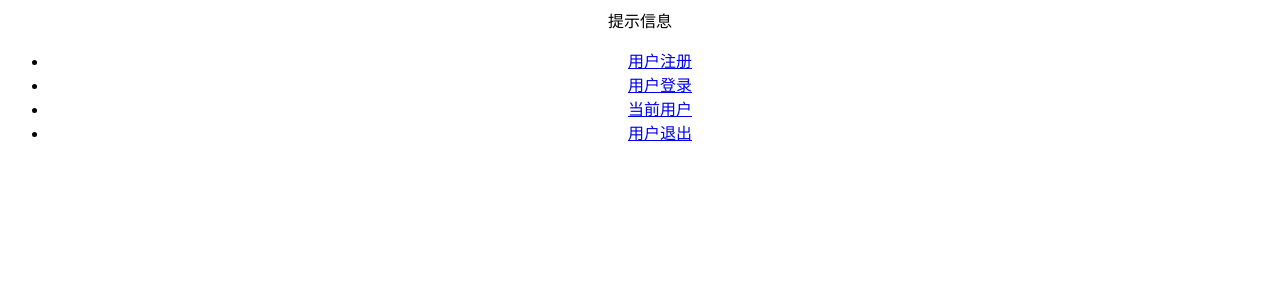
Repository: Daoshun/WorkSpace
Page: http://localhost/LoginUserAAA/delete.jsp
An editor plug-in stored every save of this project. The page is shown before and after the next save, followed by the edit.
The browser window is 1280 px wide. The pictures show the whole page.
The page is served by Tomcat 9. Other server files are loaded and not shown.

Above is the page before, as saved 2019-08-09 00:06:28.

### LoginUserAAA/WebContent/delete.jsp
<%@ page language="java" contentType="text/html" pageEncoding="GBK"%>
<%@ page import="com.user.User" %>
<!DOCTYPE HTML PUBLIC "-//W3C//DTD HTML 4.01 Transitional//EN">
<html>
<head>
<title>删除用户信息</title>
</head>
<body>
<body>
	<div align="center">
		<div class="div1">
			<div class="top">提示信息</div>
			<div class="bottom">
				<div class="div2">
					<ul>
						<li><a href="reg.jsp">用户注册</a></li>
						<li><a href="login.jsp">用户登录</a></li>
						<li><a href="message.jsp">当前用户</a></li>
						<li><a href="ExitServlet">用户退出</a></li>
					</ul>
				</div>

			</div>
		</div>
	</div>
</body>
</html>

After the next save:
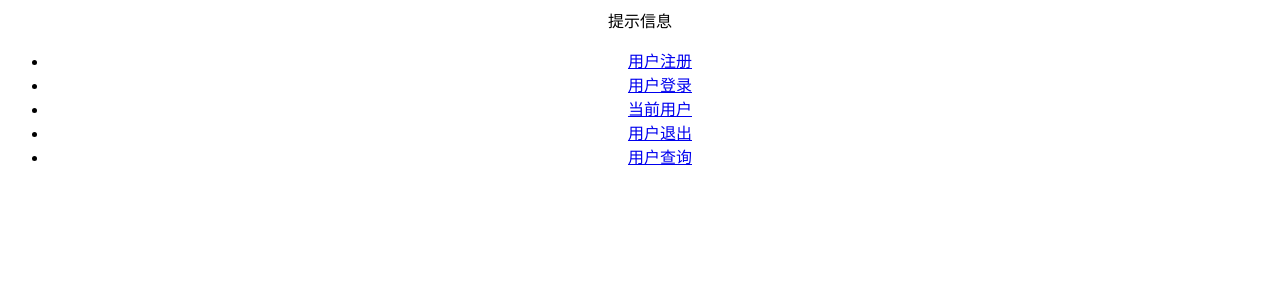
Saved 1 s later.
--- a/LoginUserAAA/WebContent/delete.jsp
+++ b/LoginUserAAA/WebContent/delete.jsp
@@ -17,6 +17,7 @@
 						<li><a href="login.jsp">用户登录</a></li>
 						<li><a href="message.jsp">当前用户</a></li>
 						<li><a href="ExitServlet">用户退出</a></li>
+						<li><a href="QueryServlet">用户查询</a></li>
 					</ul>
 				</div>
 
